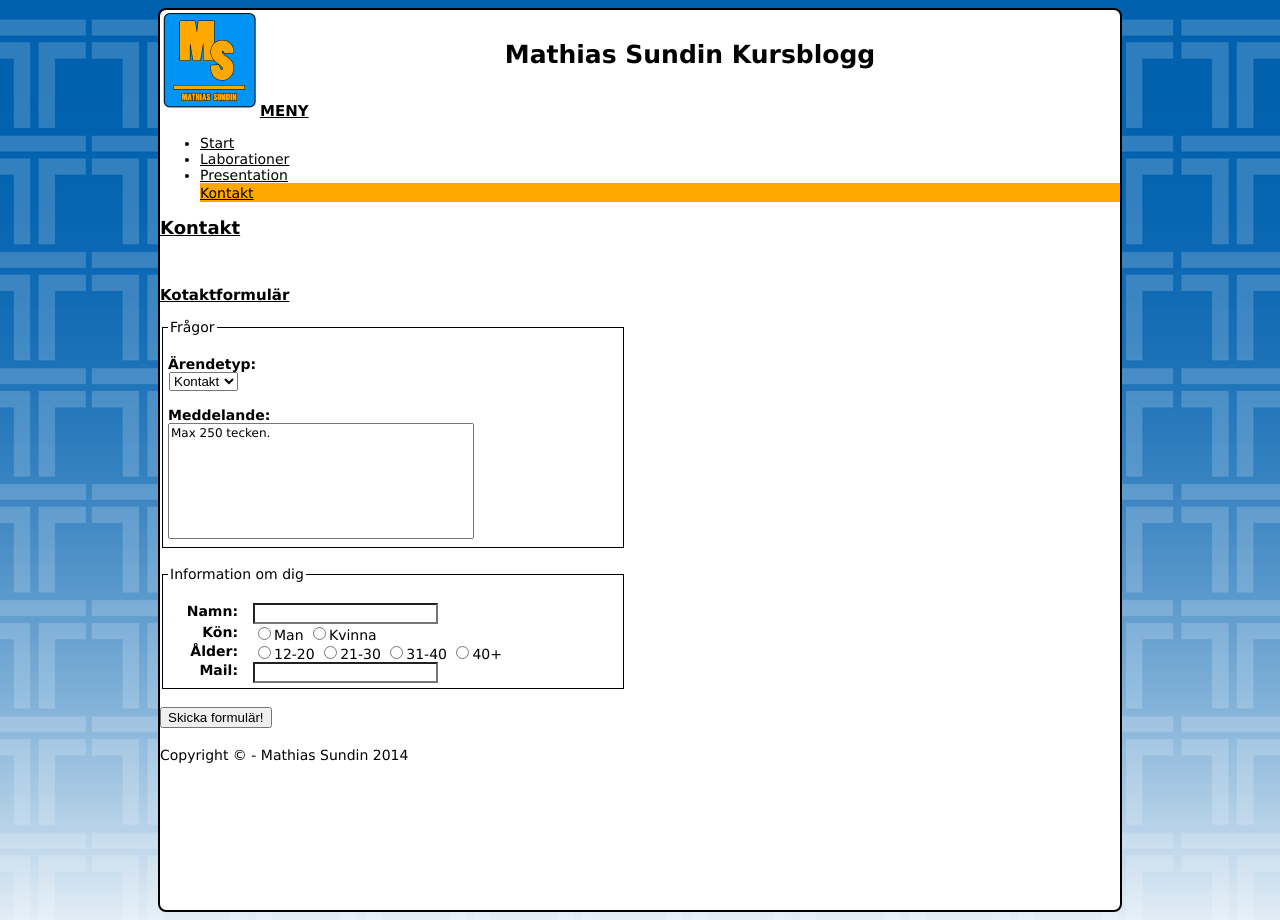
Repository: ms223uh/1ik415-laborationer
Page: www/pages/kontakt.html
The author's editor kept a record of every edit. The page is drawn from the files as they stood at one moment, then again after the next edit.
The browser window is 1280 px wide. The pictures show the whole page.

Above is the page before.

### www/pages/kontakt.html
<!DOCTYPE html>

<html lang="sv">

    <head>
       <meta http-equiv="content-type" content="text/html; charset=utf-8" />
        <meta name="viewport" content="width=device-width, initial-scale=1.0" />

    <link rel="stylesheet" href="../css/style.css">
    <link rel="stylesheet" type="text/css" media="only screen and (max-width: 480px)" href="../css/mobile.css" />
    <link rel="stylesheet" href="../css/print.css">

        <title>Mathias Sundin</title>
    </head>
    <body>
    <!--Startsida-->

    <section>


    <head>

           <img src="..pics/logo1.png" width="100" height="100" alt="Logotyp för hemsidan" style="float: left;">

            <h4>Mathias Sundin Kursblogg</h4>







        </head>




<meny>

<div id="head3"><h3>MENY</h3></div>
        <ul id="menyli">
            <li><a class="index" href="../index.html">Start</a></li>
            <li><a class="laborationer" href="laborationer.html">Laborationer</a></li>
            <li><a class="presentation" href="presentation.html">Presentation</a></li>
            <li class="active"><a class="kontakt" href="kontakt.html">Kontakt</a></li>

        </ul>





</div>

        <div id="content">


        <h2>Kontakt</h2>

        <br>

        <h3>Kotaktformulär</h3>

        <form action="http://voyager.lnu.se/tekinet/kurser/dtt/wp_webbintro/form.php" method="post" >
        <fieldset>
        <br>
        <legend>Frågor</legend>
            <label for="Ärende">Ärendetyp: <select name="Ärende"></label>
                <option value="Kontakt">Kontakt</option>
                <option value="Support">Support</option>
            </select>
            <br>
            <br>
            <label for="Meddelande">Meddelande:</label>
            <br>
            <textarea rows="5" cols="30" maxlength="250" name="Meddelande" required>Max 250 tecken.</textarea>

        </fieldset>

        <br>

        <fieldset>


        <legend>Information om dig</legend>
        <br>
            <label for="Namn">Namn:</label> <input type="text" name="Namn" required>
            <br>
            <label for="Kön">Kön:</label> <input type="radio" name="Kön" value="man" >Man
            <input type="radio" name="Kön" value="kvinna" required>Kvinna
            <br>
            <label for="Ålder">Ålder:</label> <input type="radio" name="Ålder" value="12-20" required>12-20 <input type="radio" name="Ålder" value="21-30"required>21-30 <input type="radio" name="Ålder" value="31-40" required>31-40 <input type="radio" name="Ålder" value="40+" required>40+
            <br>
            <label for="Mail">Mail:</label> <input type="text" name="Mail" required>
        </fieldset>
           <br>
           <button type="submit">Skicka formulär!</button>
          </form>




           </div>

    <div id="footer">

        <p>Copyright © - Mathias Sundin 2014</p>

    </div>


        </div>




    </body>
</html>

### www/css/style.css

/* Layout */

body
{
    background: url(pics/backgroundimage2.jpeg) no-repeat;
}


section
{
    background-color: #ffffff;
    width: 960px;
    height: 900px;
    margin-right: auto;
    margin-left: auto;
    border: solid 2px #000000;
    border-radius: 8px;

}




header
{
    width: 958px;
    height: 155px;
    background-color: #FFFFFF;
    border-radius: 8px;
    border-bottom: solid 2px #000000;
    margin-top: 0px;
    background: url(pics/backgroundimage8.jpeg) no-repeat;


}


header2
{
    width: auto;
    height: 25px;
    background-color: #0095F4;
    border-bottom: solid 2px #000000;
    text-align: center;
    border-radius: 8px;
    margin-top: 0px;
}


header3
{
    width: auto;
    height: 25px;
    background-color: #0095F4;
    border-bottom: solid 2px #000000;
    text-align: center;
    border-radius: 8px;
    margin-top: -15px;
}




main
{
    height: 695px;
    background-color: #ffffff;
    margin-left: 205px;
    margin-top: 0px;
    padding: 8px;
    overflow: auto;
    border-left: solid 2px #000000;
}




nav
{
    /*background-image: url('pics/sprite.png') no-repeat;*/
    width: 190px;
    height: 182px;
    background-color: #FFFFFF;
    border: solid 2px #000000;
    float: left;
    margin-top: 7px;
    margin-left: 6px;
    border-radius: 8px;

}


nav a:link { text-decoration: none; color: #000000; font-family: verdana; font-size: 16px;}
nav a:visited { text-decoration: none; color: #000000; font-family: verdana; font-size: 16px; }
nav a:active { text-decoration: none; color: #000000; font-family: verdana; font-size: 16px; }
nav li a:hover { text-decoration: none; color: #CCCCCC; font-family: verdana; font-size: 16px; background: #0095F4; }


nav li
{
    list-style: none;
    margin: 8px;
}

nav a
{
    background-image: url('pics/sprite.png');
    background-repeat:no-repeat;
    padding-left: 28px;
    padding-bottom: 5px;
}




footer
{
    background-color: #0095F4;
    width: auto;
    height: 30px;
    border-radius: 8px;
    border-top: solid 2px #000000;
    text-align: center;
    vertical-align: middle;
    margin-top: -36px;

}


footer2
{
    background-color: #0095F4;
    width: auto;
    height: 30px;
    border-radius: 8px;
    border-top: solid 2px #000000;
    text-align: center;
    vertical-align: middle;

}


footer3
{
    width: auto;
    height: 25px;
    background-color: #0095F4;
    border-top: solid 2px #000000;
    text-align: center;
    border-radius: 8px;
    margin-top: -157px;
}


quotes
{
    wid
    font-family: verdana;
    font-size: 12px;
    color: #333
    border: solid 1px #000;
    display: block;
    font-style: italic;



}



/* Typografi */


p
{
    font-family: Verdana; font-size: 14px; color: #000000;
    white-space: pre-line;
    padding-top: 5px;
}

h2
{
    font-family: Verdana; font-size: 18px; color: #000000; text-decoration: bold; text-decoration: underline;
}

h3
{
   font-family: Verdana; font-size: 15px; color: #000000; text-decoration: bold; text-decoration: underline;
}


h4
{
   font-family: Verdana; font-size: 25px; color: #000000; text-decoration: bold;
   text-align: center;
   margin-top: 0;
   padding-top: 30px;
}




h5
{
   font-family: Verdana; font-size: 15px; color: #5D5F60; text-decoration: bold;


}


ol
{
    font-family: Verdana; font-size: 14px; color: #000000;

}

ul
{
font-family: Verdana; font-size: 14px; color: #000000;

}

a:link { text-decoration: underline; color: #000000; font-family: verdana; font-size: 14px;}
a:visited { text-decoration: none; color: #000000; font-family: verdana; font-size: 14px; }
a:active { text-decoration: none; color: #000000; font-family: verdana; font-size: 14px; }
a:hover { text-decoration: none; color: #CCCCCC; font-family: verdana; font-size: 14px; }





thead
{
    background-color: #0095F4;
     color: #000000; font-family: verdana; font-size: 15px;
}

tfoot
{
    background-color: #0095F4;
     color: #000000; font-family: verdana; font-size: 15px;
}

table {
  border-collapse: collapse;

}


.active
{
    text-decoration: none; color: #FFFFFF; font-family: verdana; font-size: 16px; background: #FFA800
}

.right
{
    float: right;

}


.left
{
    float: left;

}


/* Sprites */

nav li a.index
{
    background-position: 0 -49px;


}

nav li a:hover.index
{
    background: url('pics/sprite.png') no-repeat 0 -1px;
	width: 24px;
	height: 22px

}


nav li a.laborationer
{
    background: url('pics/sprite.png') no-repeat 0 -145px;
	width: 24px;
	height: 22px;

}

nav li a:hover.laborationer
{
    background: url('pics/sprite.png') no-repeat 0 -97px;
	width: 24px;
	height: 22px;

}


nav li a.presentation
{
    background: url(pics/sprite.png) no-repeat -1px -240px;
	width: 22px;
	height: 24px;
    text-indent: 20px;
}

nav li a:hover.presentation
{
    background: url('pics/sprite.png') no-repeat -1px -192px;
	width: 22px;
	height: 24px;

}


nav li a.kontakt
{
    background: url('pics/sprite.png') no-repeat 0 -336px;
	width: 24px;
	height: 24px;

}

nav li a:hover.kontakt
{
    background: url('pics/sprite.png') no-repeat 0 -288px;
	width: 24px;
	height: 24px;

}


/* Kontaktformulär */

fieldset {
  padding: 5px;
  font-family: verdana;
  font-size: 14px;
  width: 450px;
  border: solid 1px #000000;
  }

label {
  float: left;
  width: 70px;
  margin-right: 15px;
  font-weight: bold;
  font-family: verdana;
  font-size: 14px;
  color: #000000;
  text-align: right;

  }

  textarea
  {
      width: 300px;
      height: 110px;
      resize: none;
      font-family: verdana;
      font-size: 12px;
      color: #000000;
  }

  input:invalid {
  background: #ffffff;
}

input:valid {
  background: #ffffff;
}

### www/css/print.css
@media print {


body {
    background:white; color:black;
}


#head, #head2, #head3, #meny, #footer, #footer2, #footer3
{
    display: none;
}


#wrapper, #content
{
   border: none;
   overflow: visible;
   margin: 0 auto;

}


a:link:after, a:visited:after
{
    content:" [" attr(href) "] ";

}


video
{
    display: none;
}


}

### www/css/mobile.css
@media screen and (max-width:480px){


body
{
  width: 100%;
  background: none;
    padding: 0;
    margin: 0;
}

#wrapper
{
 width: 100%;
 border: none;
 padding: 0;
 margin: 0;
}

#head
{
 width: 100%;
 border: solid 2px #000000;
 padding: 0;
 margin: 0;
 border: none;

}


#head3
{
 border: none;
 width: 100%;
 padding: 0;
    margin: 0;
}



#content
{
  width: 100%;
  border: none;
  margin-left: 0;
  height: auto;
  padding: 0;
  margin: 0;
}


#footer
{
 width: 100%;
 border: none;

}


#meny
{
width: 100%;
border: none;
padding: 0;
margin: 0;
}






.leftt{
 width:200px;
}

}


fieldset {
  padding: 0;
  font-family: verdana;
  font-size: 14px;
  width: auto;
  border: none;
  }

label {
  float: left;
  width: 70px;
  margin-right: 0;
  font-weight: bold;
  font-family: verdana;
  font-size: 14px;
  color: #000000;
  text-align: right;
  border: none;
  }

After the next edit:
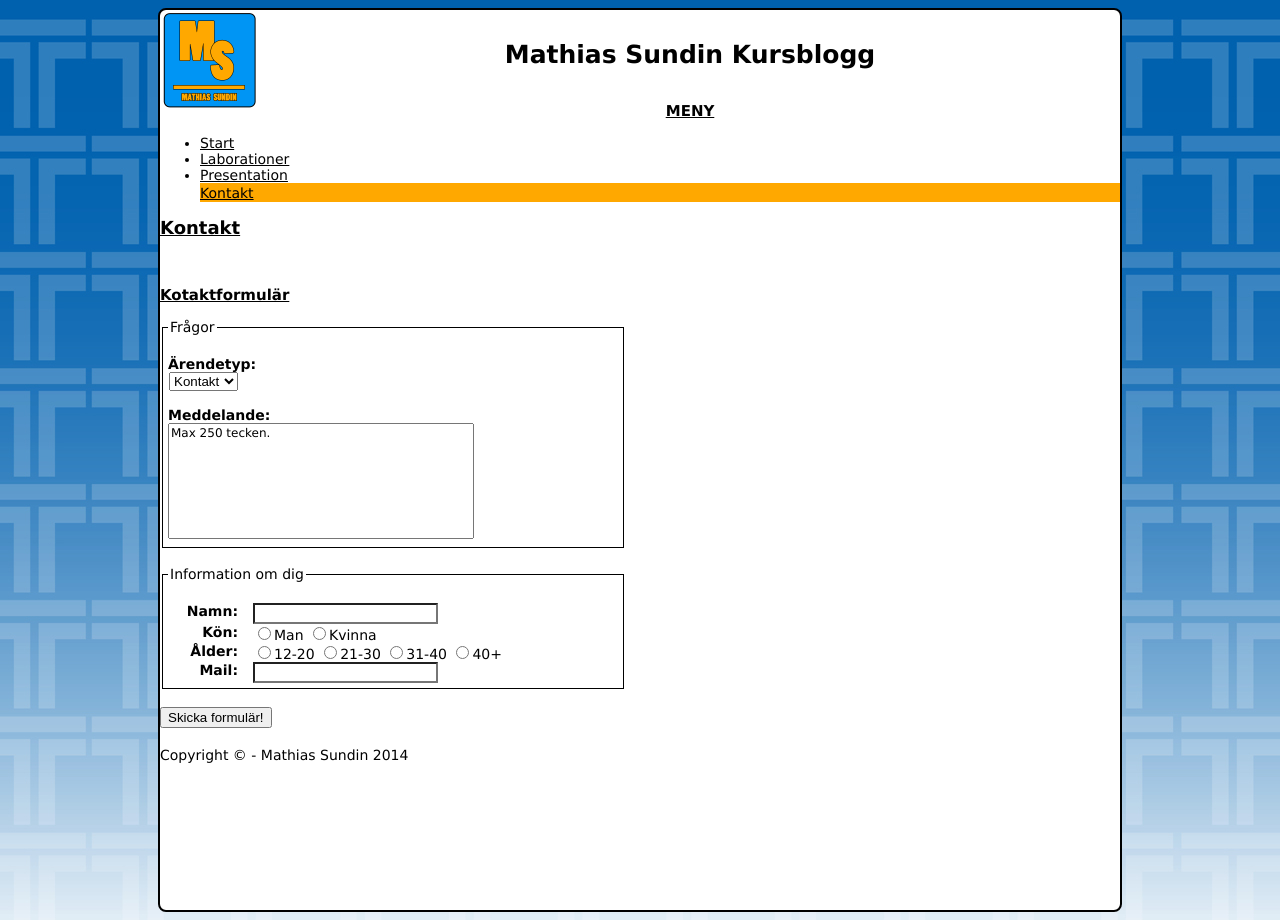
The edit:
--- a/www/pages/kontakt.html
+++ b/www/pages/kontakt.html
@@ -37,8 +37,8 @@
 
 <meny>
 
-<div id="head3"><h3>MENY</h3></div>
-        <ul id="menyli">
+<header3><h3>MENY</h3></header3>
+        <ul>
             <li><a class="index" href="../index.html">Start</a></li>
             <li><a class="laborationer" href="laborationer.html">Laborationer</a></li>
             <li><a class="presentation" href="presentation.html">Presentation</a></li>
